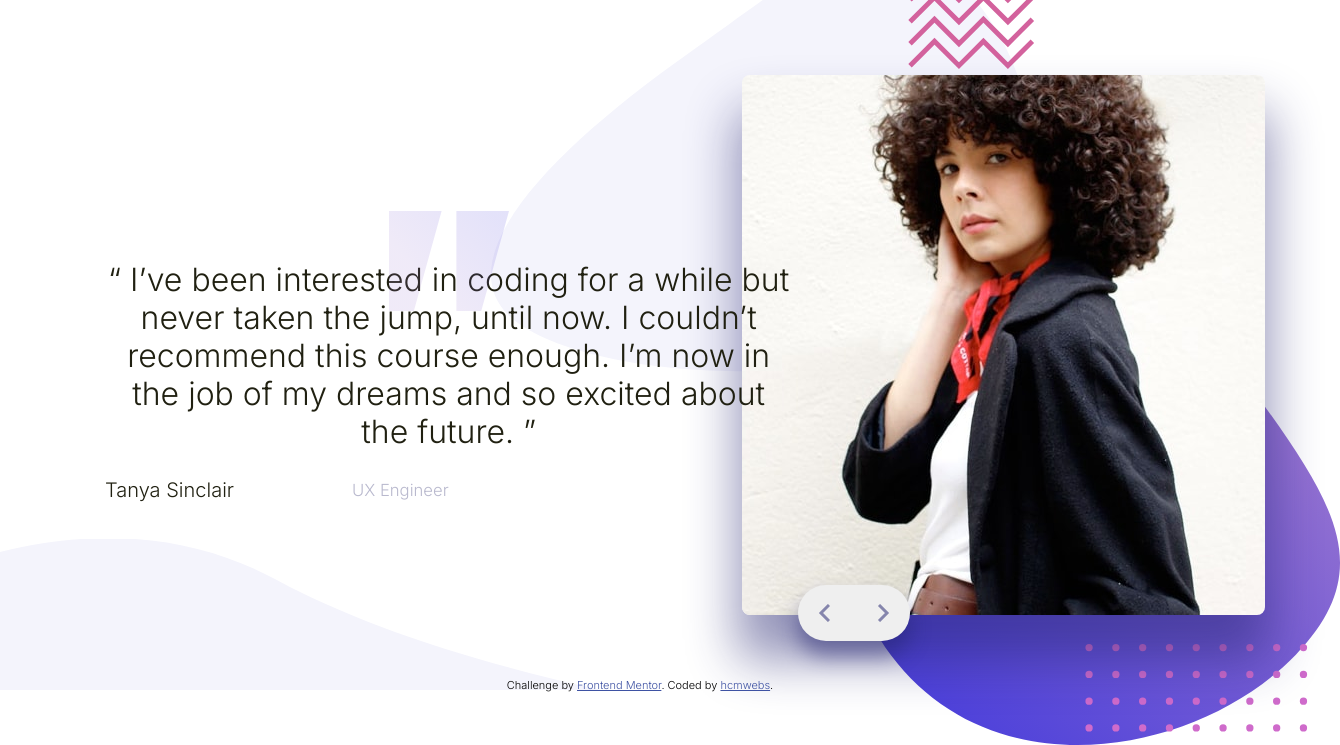
Repository: Hcmwebs/Coding-Bootcamp-Testimonials
Page: index.html
These files come from the project's save history. The page is drawn as it stood at one moment and after the next save; the edit follows.
The browser window is 1280 px wide. The page is 1340 px wide, then 1280 px, then 1340 px, so the pictures cover 1340 px, including what lies to the right of the window. The pictures show the whole page.
The style sheet was rebuilt from its Sass, Less or Tailwind sources for each picture, by a compiler version that may differ from the author's.

Above is the page before, as saved 2020-11-01 08:57:05.

### index.html
<!DOCTYPE html>
<html lang="en">
  <head>
    <meta charset="UTF-8" />
    <meta name="viewport" content="width=device-width, initial-scale=1.0" />
    <!-- displays site properly based on user's device -->

    <link
      rel="icon"
      type="image/png"
      sizes="32x32"
      href="./images/favicon-32x32.png"
    />
    <link rel="stylesheet" href="css/main.css" />
    <title>Frontend Mentor | Coding Bootcamp Testimonials Slider</title>

    <style></style>
  </head>
  <body>
    <div class="container">
      <div class="card" id="cardOne">
        <div class="card__header">
          <img
            src="images/image-tanya.jpg"
            alt="Profile Tanya"
            id="profileTanya"
            class="card__header--profileImg"
          />
        </div>

        <button id="btnPrimary">
          <img src="images/icon-prev.svg" alt="icon-prev" />
          <img src="images/icon-next.svg" alt="icon-next" />
        </button>

        <div class="card__body">
          <img src="images/pattern-quotes.svg" alt="pattern-quotes" />
          <h2>
            “ I’ve been interested in coding for a while but never taken the
            jump, until now. I couldn’t recommend this course enough. I’m now in
            the job of my dreams and so excited about the future. ”
          </h2>

          <div class="card__body--captionTxt">
            <p>Tanya Sinclair</p>
            <small>UX Engineer </small>
          </div>
        </div>
      </div>

      <!-- <div class="card cardTwo" id="cardTwo">
        <div class="card__header">
          <img
            src="images/image-john.jpg"
            alt="Profile John"
            id="profileJohn"
            class="card__header--profileImg"
          />
        </div>

        <button id="btnSecondary">
          <img src="images/icon-prev.svg" alt="icon-prev" />
          <img src="images/icon-next.svg" alt="icon-next" />
        </button>

        <div class="card__body">
          <h2>
            “ If you want to lay the best foundation possible I’d recommend
            taking this course. The depth the instructors go into is incredible.
            I now feel soconfident about starting up as a professional
            developer. ”
          </h2>
          <div class="card__body--captionTxt">
            <p>John Tarkpor</p>
            <small>Junior Front-end Developer</small>
          </div>
        </div>
      </div> -->

      <img
        src="/images/pattern-curve.svg"
        alt="pattern-curve"
        class="pattern-curve"
      />
    </div>

    <div class="attribution">
      Challenge by
      <a href="https://www.frontendmentor.io?ref=challenge" target="_blank"
        >Frontend Mentor</a
      >. Coded by
      <a href="https://github.com/Hcmwebs" target="_blank">hcmwebs</a>.
    </div>

    <script src="main.js"></script>
  </body>
</html>

### main.js
const card = document.querySelectorAll('.card');
// const cardTwo = document.getElementById('cardTwo');
const container = document.querySelector('.container')
let active = false;
const btn= document.querySelectorAll('button');


for(let i = 0; i < card.length; i++ ){
btn[i].addEventListener('click', activate);
// btnSecondary.addEventListener('click', activate);
  function activate(){

    if(!active){
      card[i].classList.add('active');
      active = true;
    }
    else{
      card[i].classList.remove('active');
      active = false;
    }
  }
}

### scss/main.scss
@import url('https://fonts.googleapis.com/css2?family=Inter:wght@300;400&display=swap');

$font-stack:'Inter',
sans-serif;
$primaryColor : rgba(32, 32, 17, 1.0);
$secondaryColor : rgba(185, 185, 206, 1.0);
$boxShadowColor:rgba(36, 36, 113, 0.49);




@mixin gridCenter{
  display: grid;
  place-items: center;
}

@mixin flexCenter {
  display: flex;
  justify-content: center;
  align-items: center;

}

@mixin flexSpaceBetween {
  @include flexCenter;
  justify-content: space-between;
}


*{
  margin: 0;
  padding: 0;
  box-sizing: border-box;

}
body{
  font-family: $font-stack;
  font-size: 10px;
  font-weight: 300;
  height: 100vh;
  width: 100%;
  line-height: 30px;
  @include flexCenter;
  flex-direction: column;
}

.container{
  width: 100%;
  max-width: 375px;
  height: 100vh;
  @include flexCenter;
  grid-template-columns: 1fr;
  position: relative;

  .pattern-curve {
    width: 285px;
    height: 70px;
    object-fit: cover;
    position: absolute;
    bottom: -100px;
    left: 0;

  }
}
  .card{
  width: 375px;
  height: 700px;
  margin-top: 100px;
  padding: 30px;
  @include flexSpaceBetween;
  flex-direction: column;
  background-image: url(/images/pattern-bg.svg);
  background-position: top center;
  background-size:contain;
  background-repeat: no-repeat;
  // box-shadow: 0 40px 50px 5px $boxShadowColor;
  position: absolute;
  transition: all 0.85s ease-in-out;

  &__header{
    width: 315px;
    height: 310px;


    &--profileImg{
      width: 100%;
      height: 100%;
      object-fit: cover;
      border-radius: 0.5rem;
      box-shadow: 0 40px 50px 5px $boxShadowColor;
    }

  }

  button {
    width: 80px;
    height: 40px;
    padding: 10px;
    border-radius: 28px;
    border: none;
    @include flexSpaceBetween;
    position:absolute;
    top:310px;
    box-shadow: 0 15px 20px 1px $boxShadowColor;
  }



  &__body{
    width: 100%;
    height: 230px;
    margin: 50px 0;
    @include flexCenter;
    flex-direction: column;

    img{

      width: 60px;
      height: 50px;
      object-fit: cover;
      transform: translateY(50px);

    }



    h2{
      font-size: 18px;
      font-weight: 300;
      text-align: center;
      color:$primaryColor;
    }

    &--captionTxt{
      text-align: left;
      font-size: 15px;
      font-weight: 300;
      @include flexSpaceBetween;
      flex-direction: column;


      p{
        color: $primaryColor;
        margin-bottom: 0;

      }

      small{
        color: $secondaryColor;

      }

    }

  }
}

.card--one{
  transform:translateX(-1000px)
}

.card.active .card--one{
  transform: translateX(0);


}

.card-two{
  transform: translateX(2000px);
  display: none;

}
.card.active .cardTwo{
  transform: translateX(0);
  display: none;
}



.attribution {
  font-size: 11px;
  text-align: center;
  transform: translateY(80px);
}

.attribution a {
  color: hsl(228, 45%, 44%);
}



@media(min-width:900px){
  .container{
    max-width: 1440px;
    background-size: contain;

    .pattern-curve {
      width: 610px;
      height: 151px;
      object-fit: cover;
      position: absolute;
      bottom:0;
      left: 0;
    }

  }
  .card{
    width: 1400px;
    height: 800px;
    margin: 0;
    padding: 75px;
    flex-direction: row-reverse;
    background-position: bottom right;


    &__header{
      width: 540px;
      height: 540px;
    }

    button {
      width: 112px;
      height: 56px;
      padding: 20px;
      right: 430px;
      top: 640px;

    }


    &__body{
      width: 60%;
      line-height: 38px;
      padding: 20px;
      position: relative;
      z-index: 5;
      left: 70px;

      img{
        width: 120px;
        height: 100px;
      }



      h2{
        font-size: 32px;
      }

      &--captionTxt{
      width: 50%;
      flex-direction: row;
      font-size: 20px;
      margin: 20px 0;
      align-self: flex-start;

      }

    }

  }
  .attribution{
    transform: translateY(-20px);
  }





}

After the next save:
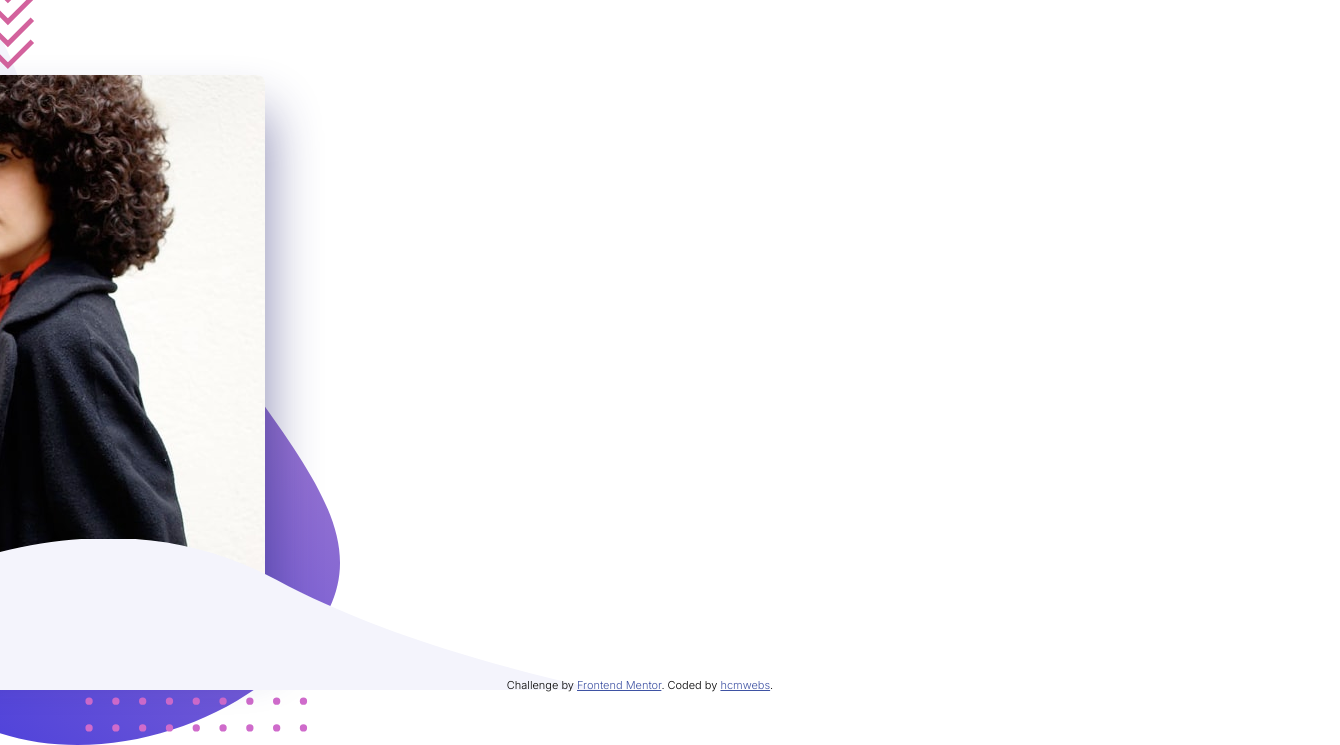
Saved 40 s later.
--- a/index.html
+++ b/index.html
@@ -18,7 +18,7 @@
   </head>
   <body>
     <div class="container">
-      <div class="card" id="cardOne">
+      <div class="card card--one" id="cardOne">
         <div class="card__header">
           <img
             src="images/image-tanya.jpg"

After the save that followed:
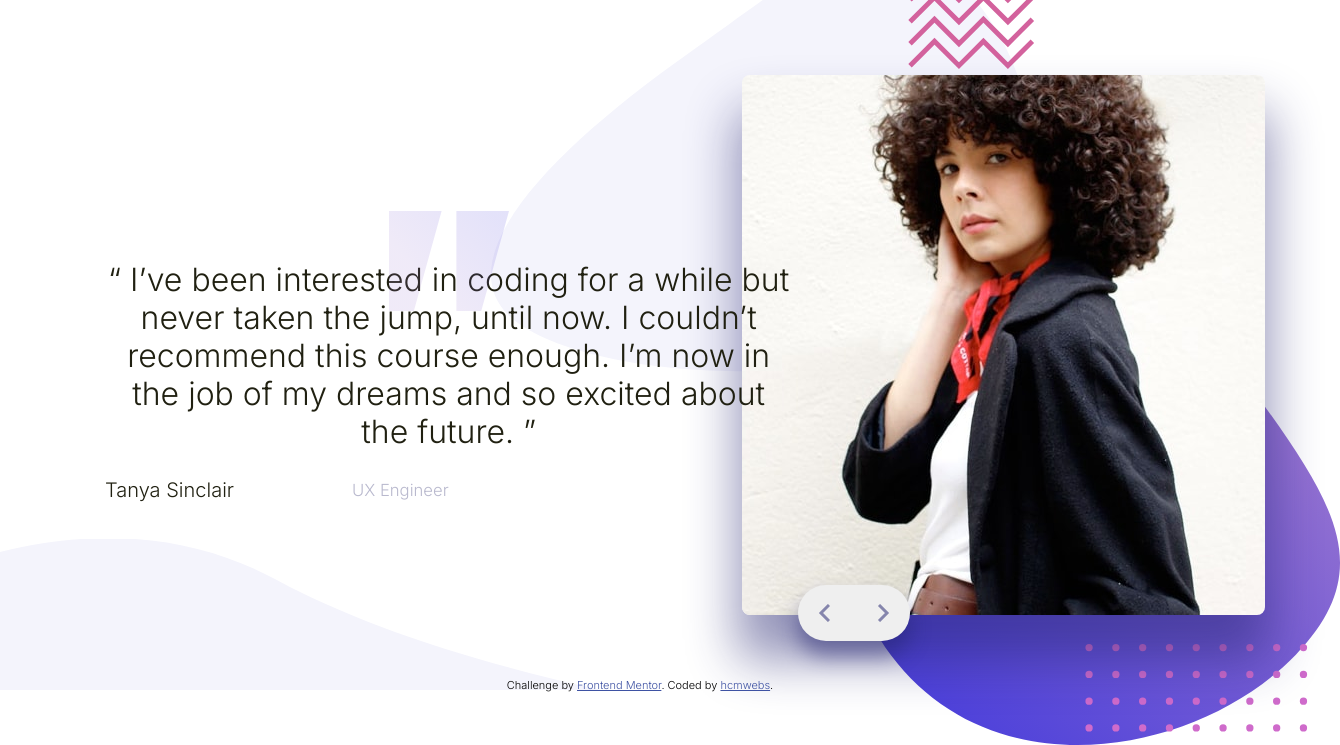
Saved 57 s later.
--- a/scss/main.scss
+++ b/scss/main.scss
@@ -156,11 +156,11 @@ body{
 }
 
 .card--one{
-  transform:translateX(-1000px)
+  transform:translateX(0px)
 }
 
 .card.active .card--one{
-  transform: translateX(0);
+  transform: translateX(-1000px);
 
 
 }
